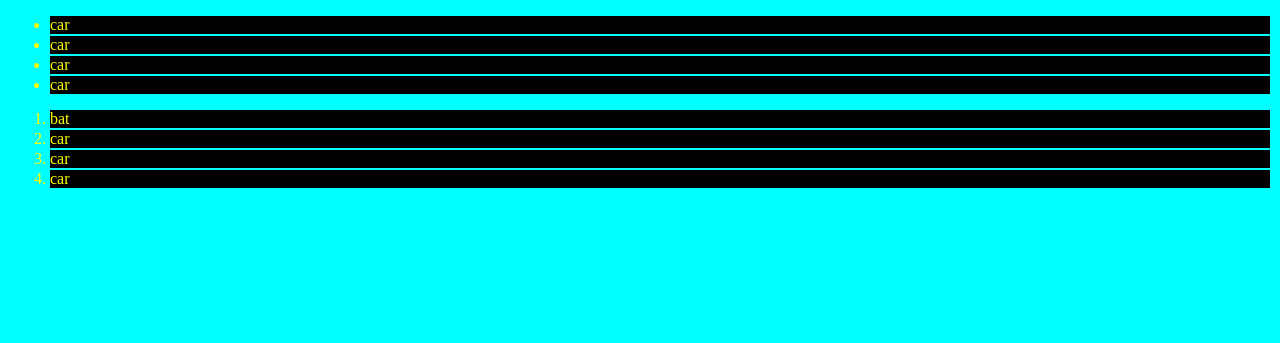
Repository: KrusanthS/PORTFOLIO-
Page: abcd.html
The author's editor kept a copy of each file at every save. The page is drawn from the files as they stood at one save, then again after the next save.
The browser window is 1280 px wide. The pictures show the whole page.

Above is the page before, as saved 2026-01-29 19:33:15.

### abcd.html
<!DOCTYPE html>
<html lang="en">
<head>
    <meta charset="UTF-8">
    <meta name="viewport" content="width=device-width, initial-scale=1.0">
    <title>Document</title>
    <style>
        body{
            background-color: aqua;
        }
        li{
            color: yellow;
            background-color: black;
            margin: 2px;
        }
    </style>
</head>
<body>

        <ul>
            <li>car</li>
            <li>car</li>
            <li>car</li>
            <li>car</li>
        </ul>
        <ol>
            <li>bat</li>
            <li>car</li>
            <li>car</li>
            <li>car</li>
        </ol>

</body>
</html>

After the next save:
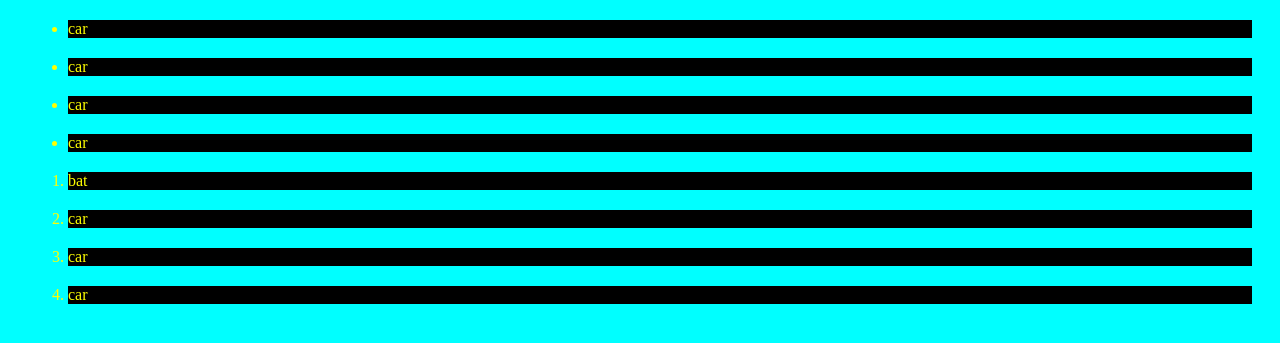
Saved 14 s later.
--- a/abcd.html
+++ b/abcd.html
@@ -11,7 +11,7 @@
         li{
             color: yellow;
             background-color: black;
-            margin: 2px;
+            margin: 20px;
         }
     </style>
 </head>
